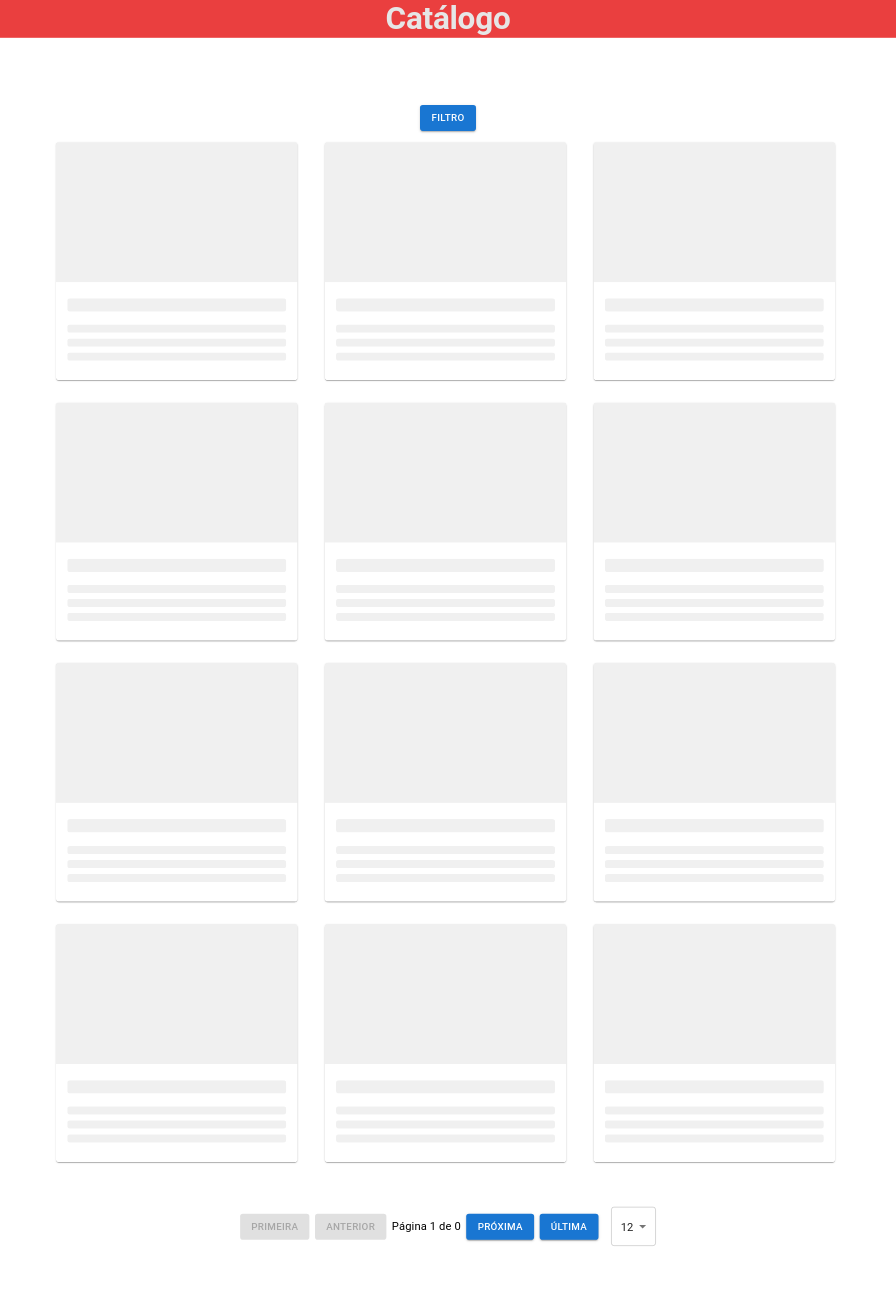
Repository: lenx0/PokeWiki-Front
Page: /
The author's editor kept a copy of each file at every save. The page is drawn from the files as they stood at one save, then again after the next save.
The browser window is 1280 px wide. The pictures show the whole page, at 70% of full size.
The page's requests for data from a server got no answer. The project was rebuilt for these pictures with package versions that can differ from the ones it lists, and the page was loaded fresh each time. The framework's server and built-in components were replaced by stand-ins that run in the browser. No one was signed in, and anything a server would have sent is missing. Also part of the build but not shown: next.config.mjs.

Above is the page before, as saved 2024-02-17 12:20:23.

### src/app/layout.js
import { Inter } from "next/font/google";
import "./globals.css";

const inter = Inter({ subsets: ["latin"] });

export default function RootLayout({ children }) {
  return (
    <html lang="en">
      <body className={inter.className}>{children}</body>
    </html>
  );
}

### src/app/page.js
'use client'
import PokemonList from "./pages/PokemonList/page";

export default function Home() {
  return (
    <PokemonList />
  );
}

### src/app/pages/PokemonList/page.jsx
import { Box, Grid, Typography } from "@mui/material";

import Cards from "@/app/components/Cards";

export default function PokemonList() {
  return (
    <>
      <Grid
        item
        backgroundColor="#e93232ee"
        textAlign="center"
      >
        <Typography variant="h2" fontSize={45} fontWeight={700} color="#e6e6e6">
          Catálogo
        </Typography>
      </Grid>
      <Grid container padding={10}>
        <Cards />
      </Grid>
    </>
  );
}

### src/app/components/Cards/index.jsx
"use client";
import React, { useEffect, useState } from "react";
import {
  Card,
  CardContent,
  Typography,
  Grid,
  CardMedia,
  Box,
  Button,
} from "@mui/material";

import PokemonService from "@/services/PokemonService";
import { capitalizeFirstLetter } from "@/services/utils/CapitalizeFirstLetter";
import PokemonCardSkeleton from "../Skeleton";
import Pagination from "../Pagination";

export default function Cards() {
  const [pokemonList, setPokemonList] = useState([]);
  const [loading, setLoading] = useState(true);
  const [page, setPage] = useState(1);
  const [totalPages, setTotalPages] = useState(0);
  const [itemsPerPage, setItemsPerPage] = useState(12);

  useEffect(() => {
    async function getPokemon() {
      setLoading(true);

      const limit = itemsPerPage;
      const offset = (page - 1) * itemsPerPage;
      const pokemonListResponse = await PokemonService.getPokemon(
        limit,
        offset
      );
      const totalPokemon = pokemonListResponse.count;
      setTotalPages(Math.ceil(totalPokemon / itemsPerPage));

      const pokemonUrls = pokemonListResponse.results.map(
        (pokemon) => pokemon.url
      );
      const detailedPokemonList = await Promise.all(
        pokemonUrls.map(async (url) => {
          const pokemonDetailsResponse = await PokemonService.getPokemonDetails(
            url
          );
          return pokemonDetailsResponse;
        })
      );
      setPokemonList(detailedPokemonList);
      setLoading(false);
    }
    getPokemon();
  }, [page, itemsPerPage]);

  return (
    <>
      <Grid container py={2} justifyContent="center" >
        <Grid item>
          <Button variant="contained">Filtro</Button>
        </Grid>
      </Grid>
      <Grid container spacing={4}>
        {(loading || pokemonList.length === 0) &&
          Array.from({ length: itemsPerPage }).map((_, index) => (
            <Grid item xs={12} sm={6} md={4} key={index}>
              <PokemonCardSkeleton />
            </Grid>
          ))}
        {!loading &&
          pokemonList.map((pokemon, index) => (
            <Grid item xs={12} sm={6} md={4} lg={4} xl={2} key={index}>
              <Card
                sx={{
                  maxWidth: 245,
                  border: "none",
                  boxShadow: "2px 4px 8px 8px rgba(0,0,0,0.2)",
                }}
              >
                <CardMedia
                  component="img"
                  height="auto"
                  image={
                    pokemon.sprites.other["official-artwork"].front_default
                  }
                  alt={pokemon.name}
                />
                <CardContent>
                  <Box textAlign="center">
                    <Typography
                      gutterBottom
                      variant="h5"
                      fontWeight="700"
                      component="div"
                    >
                      {capitalizeFirstLetter(pokemon.name)}
                    </Typography>
                    <Typography variant="body2" color="text.secondary">
                      Número: {pokemon.order}
                    </Typography>
                    <Typography variant="body2" color="text.secondary">
                      Altura: {pokemon.height}
                    </Typography>
                    <Typography variant="body2" color="text.secondary">
                      Peso: {pokemon.weight}
                    </Typography>
                  </Box>
                </CardContent>
              </Card>
            </Grid>
          ))}
        <Grid item lg={12} xs={12}>
          <Pagination
            page={page}
            totalPages={totalPages}
            setPage={setPage}
            itemsPerPage={itemsPerPage}
            setItemsPerPage={setItemsPerPage}
          />
        </Grid>
      </Grid>
    </>
  );
}

### src/services/PokemonService.js
import HttpClient from "./utils/HttpClient";

class PokemonService {
  async getPokemon(limit, offset) {
    const url = `${process.env.NEXT_PUBLIC_API_BASE}?limit=${limit}&offset=${offset}`;
    const response = await HttpClient.getData(url);
    return response;
  }

  async getPokemonDetails(url) {
    const response = await HttpClient.getData(url);
    return response;
  }
}

export default new PokemonService();

### src/services/utils/CapitalizeFirstLetter.js
export function capitalizeFirstLetter(string) {
    return string.charAt(0).toUpperCase() + string.slice(1);
  }

### src/app/components/Skeleton/index.jsx
import React from "react";
import { Card, CardContent, Typography, Skeleton } from "@mui/material";

export default function PokemonCardSkeleton() {
  return (
    <Card sx={{ maxWidth: 345, border: "none" }}>
      <Skeleton variant="rectangular" width="100%" height={200} />
      <CardContent>
        <Typography gutterBottom variant="h5" component="div">
          <Skeleton />
        </Typography>
        <Typography variant="body2" color="text.secondary">
          <Skeleton />
        </Typography>
        <Typography variant="body2" color="text.secondary">
          <Skeleton />
        </Typography>
        <Typography variant="body2" color="text.secondary">
          <Skeleton />
        </Typography>
      </CardContent>
    </Card>
  );
}

### src/app/components/Pagination/index.jsx
import { Box, Button, MenuItem, Select, Typography } from "@mui/material";

const Pagination = ({
  page,
  totalPages,
  itemsPerPage,
  setPage,
  setItemsPerPage,
}) => {

  const nextPage = () => {
    setPage(page + 1);
  };

  const prevPage = () => {
    setPage(page - 1);
  };

  const goToFirstPage = () => {
    setPage(1);
  };

  const goToLastPage = () => {
    setPage(totalPages);
  };

  const handleChangeItemsPerPage = (event) => {
    const newItemsPerPage = parseInt(event.target.value);
    setItemsPerPage(newItemsPerPage);
    setPage(1);
  };

  return (
    <Box
      mt={4}
      gap={1}
      display="flex"
      justifyContent="center"
      alignItems="center"
    >
      <Button variant="contained" onClick={goToFirstPage} disabled={page === 1}>
        Primeira
      </Button>
      <Button variant="contained" onClick={prevPage} disabled={page === 1}>
        Anterior
      </Button>
      <Typography variant="body1">
        Página {page} de {totalPages}
      </Typography>
      <Button
        variant="contained"
        onClick={nextPage}
        disabled={page === totalPages}
      >
        Próxima
      </Button>
      <Button
        variant="contained"
        onClick={goToLastPage}
        disabled={page === totalPages}
      >
        Última
      </Button>
      <Select
        value={itemsPerPage}
        onChange={handleChangeItemsPerPage}
        label="Itens por página"
        variant="outlined"
        style={{ marginLeft: 10 }}
      >
        <MenuItem value={6}>6</MenuItem>
        <MenuItem value={12}>12</MenuItem>
        <MenuItem value={24}>24</MenuItem>
        <MenuItem value={48}>48</MenuItem>
      </Select>
    </Box>
  );
};

export default Pagination;

### src/services/utils/HttpClient.js
class HttpClient {
  async getData(url, filter) {
    try {
      const queryParams = new URLSearchParams({
        filter,
        option: {},
        page: 1,
        pageSize: 1000
      });
      const urlWithParams = `${url}?${queryParams.toString()}`;

      const response = await fetch(urlWithParams);

      if (!response.ok) {
        throw new Error(`Erro ao obter os dados: ${response.status}`);
      }

      return response.json();
    } catch (error) {
      console.error('Erro ao realizar a requisição:', error);
      throw error;
    }
  }

  async getDataDetails(url, filter) {
    try {
      let raw = JSON.stringify({
        filter,
        option: {},
        page: 1,
        pageSize: 100
      })

      let requestOptions = {
        method: 'GET',
        body: raw,
        redirect: 'follow'
      }

      const response = await fetch(url, requestOptions);

      if (!response.ok) {
        throw new Error(`Erro ao obter os detalhes: ${response.status}`);
      }

      return response.json();
    } catch (error) {
      console.error('Erro ao realizar a requisição:', error);
      throw error;
    }
  }
}

export default new HttpClient();

Loaded but not shown: src/app/globals.css (common file)

After the next save:
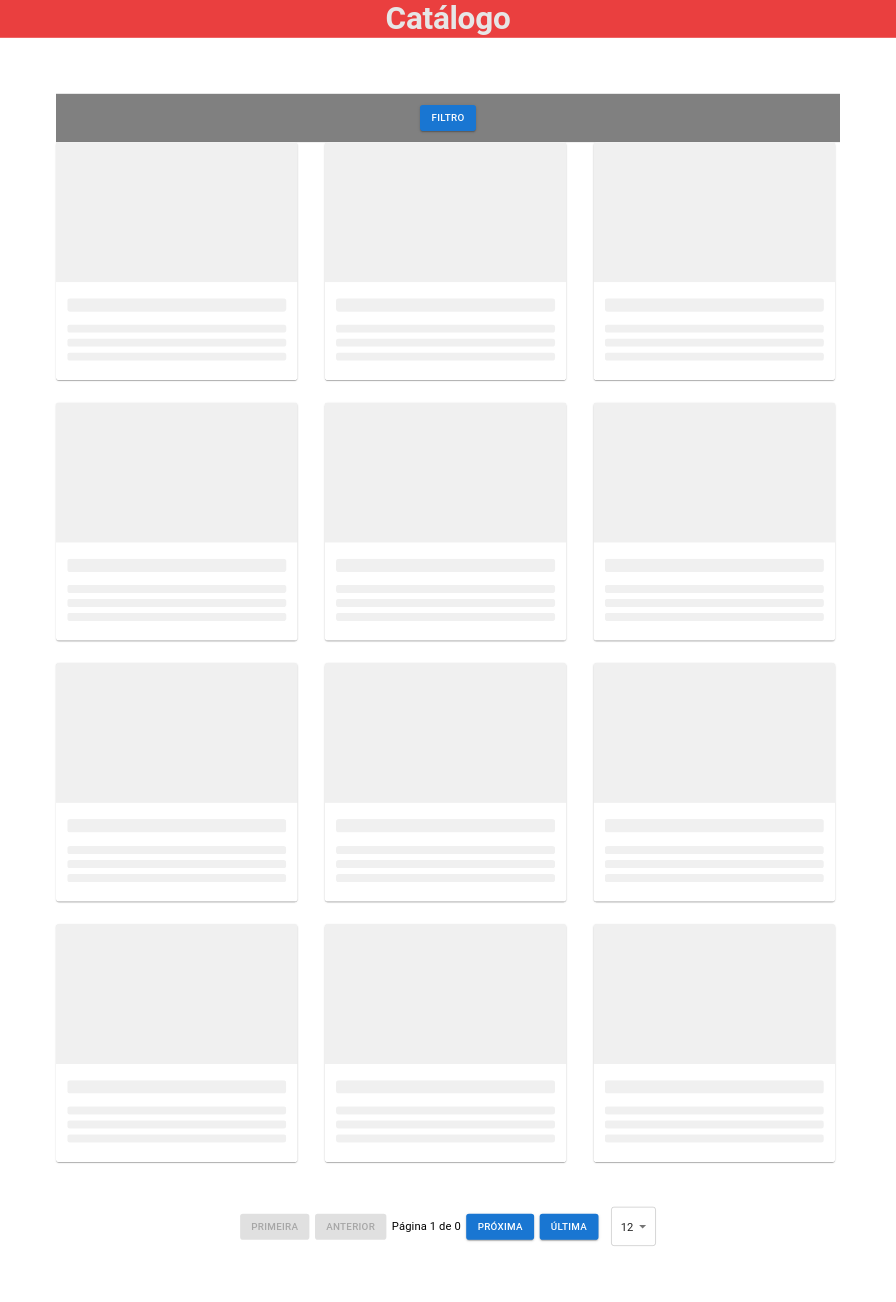
Saved 27 s later.
--- a/src/app/components/Cards/index.jsx
+++ b/src/app/components/Cards/index.jsx
@@ -54,7 +54,7 @@ export default function Cards() {
 
   return (
     <>
-      <Grid container py={2} justifyContent="center" >
+      <Grid container py={2} justifyContent="center" backgroundColor="grey" >
         <Grid item>
           <Button variant="contained">Filtro</Button>
         </Grid>
